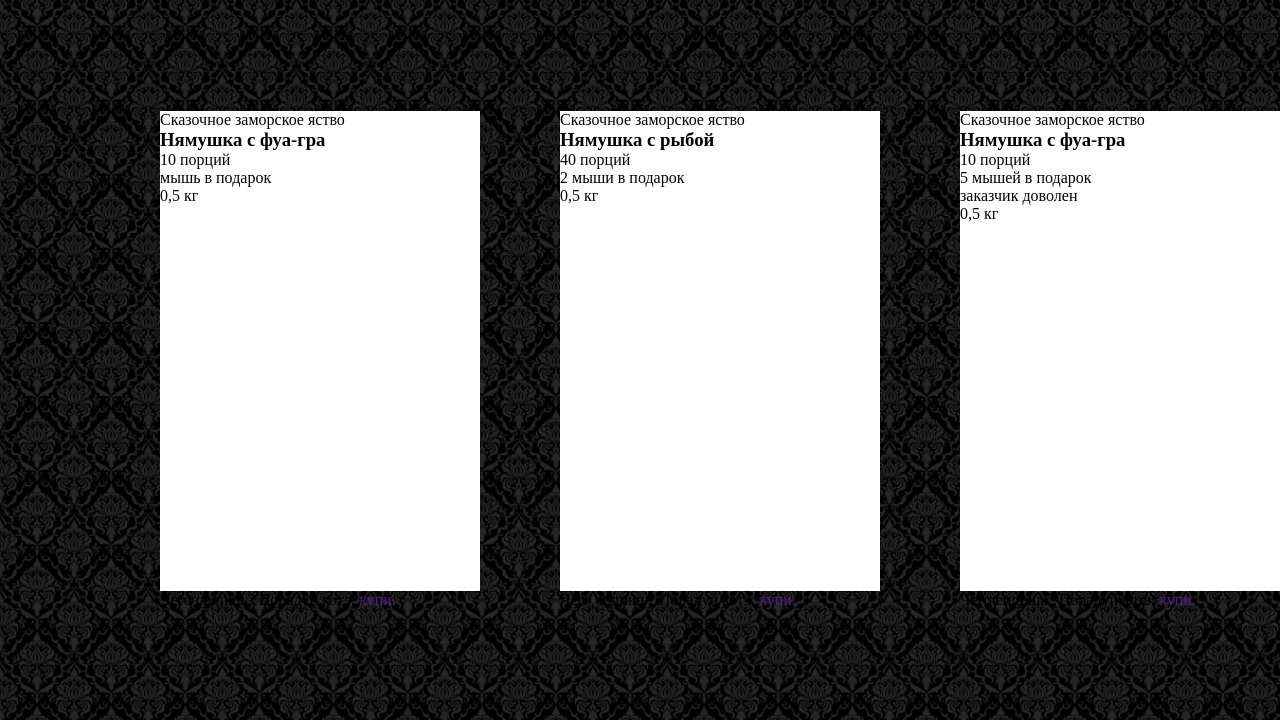
Repository: acbukka/tech-qt
Page: index.html
The author's editor kept a copy of each file at every save. The page is drawn from the files as they stood at one save, then again after the next save.
The browser window is 1280 px wide. The pictures show the whole page.

Above is the page before, as saved 2022-06-17 15:34:22.

After the next save:
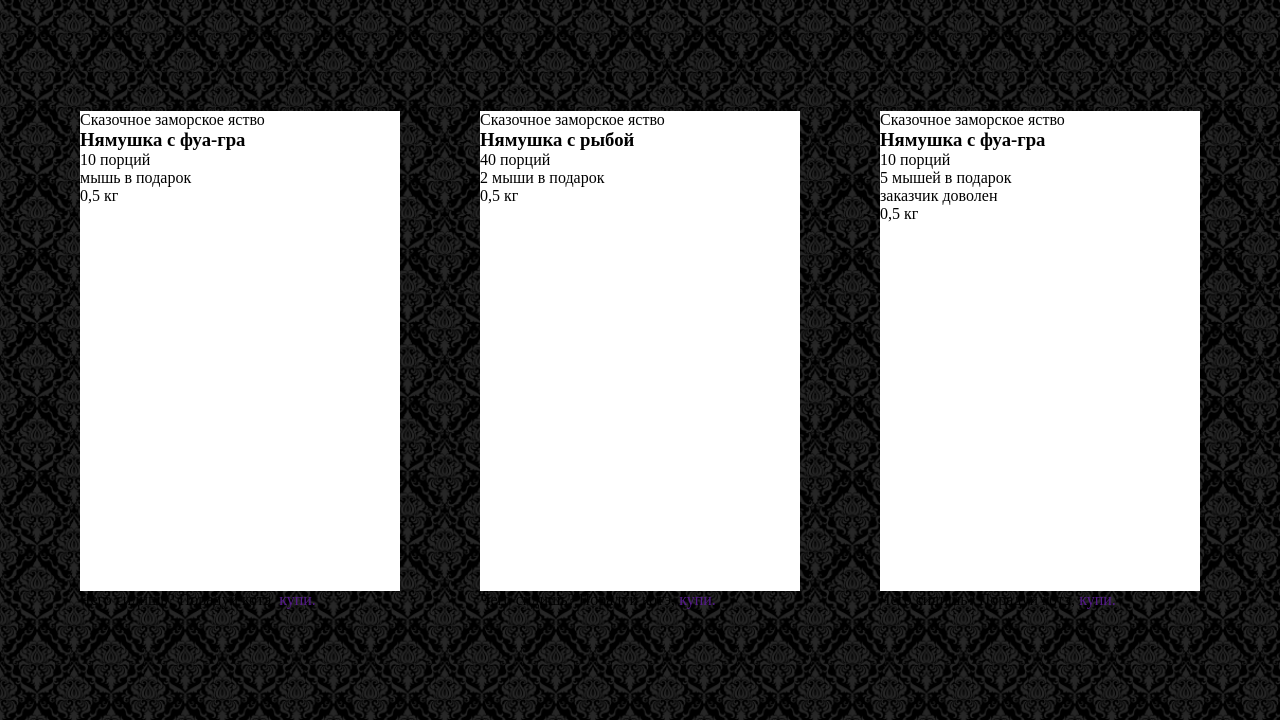
Saved 2 min 56 s later.
--- a/src/style.css
+++ b/src/style.css
@@ -71,7 +71,6 @@
 .container {
   margin-top: 50%;
   max-width: 1120px;
-  padding: 0 80px;
   margin: 0 auto;
 }
 
